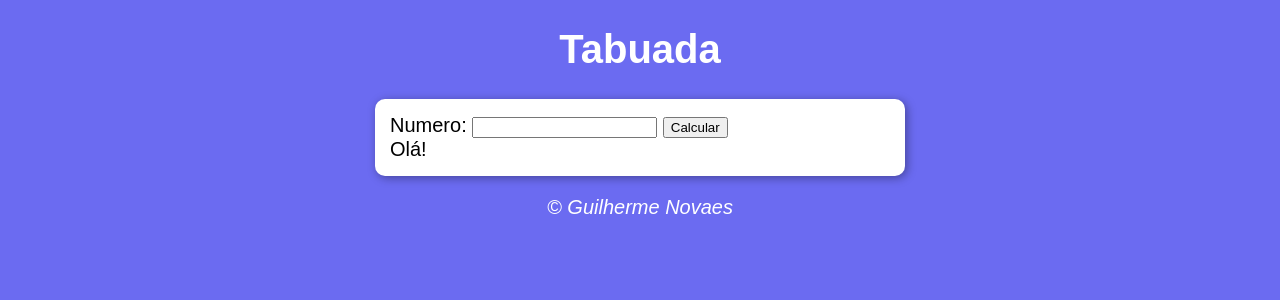
Repository: Guilherme-RNovaes/JavaScript-Curso
Page: Aula 14ex/ex017/index.html
The author's editor kept a copy of each file at every save. The page is drawn from the files as they stood at one save, then again after the next save.
The browser window is 1280 px wide. The pictures show the whole page.

Above is the page before, as saved 2022-09-10 09:07:48.

### Aula 14ex/ex017/index.html
<!DOCTYPE html>
<html lang="pt-br">
<head>
    <meta charset="UTF-8">
    <meta http-equiv="X-UA-Compatible" content="IE=edge">
    <meta name="viewport" content="width=device-width, initial-scale=1.0">
    <title>Modelo de Exercício</title>
    <link rel="stylesheet" href="src/Style/style.css">
</head>
<body>
    <header>
        <h1>Tabuada</h1>
    </header>
    <section>
        <div>
            Numero: <input type="number" name="tabuada" id="tabuada">
            <button>Calcular</button>
        </div>
        <div>
            Olá!
        </div>
    </section>
    <footer>
        <p>&copy; Guilherme Novaes</p>
    </footer>
    <script src="script.js"></script>
</body>
</html>

### Aula 14ex/ex017/src/Style/style.css
body{
    background-color: rgb(107, 107, 241);
    font: normal 15pt Arial;
}
header {
    color: white;
    text-align: center;
}

section{
    background-color: white;
    border-radius: 10px;
    padding: 15px;
    width: 500px;
    margin: auto;
    box-shadow: 2px 2px 10px rgba(0, 0, 0, 0.36);
}

footer{
    color: white;
    text-align: center;
    font-style: italic;
}

div img{
    width: 250px;
    height: 250px;
    border-radius: 100%;
}

Loaded but not shown: Aula 14ex/ex017/script.js (no stored copy; drawn as an empty file)

After the next save:
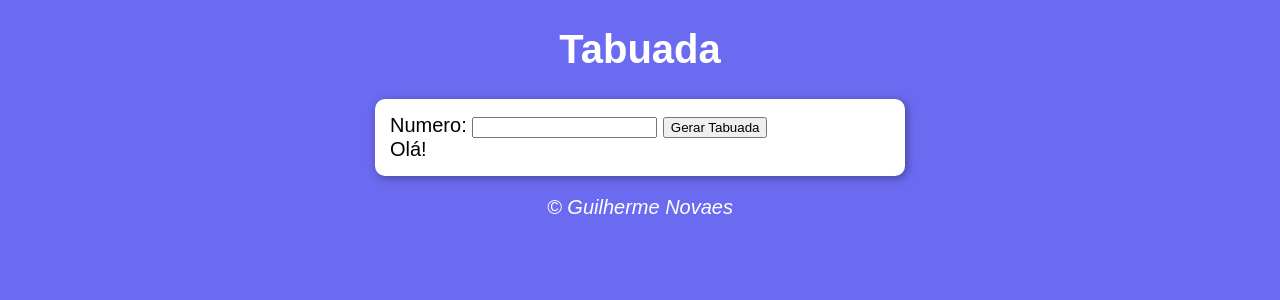
Saved 11 s later.
--- a/Aula 14ex/ex017/index.html
+++ b/Aula 14ex/ex017/index.html
@@ -14,7 +14,7 @@
     <section>
         <div>
             Numero: <input type="number" name="tabuada" id="tabuada">
-            <button>Calcular</button>
+            <button>Gerar Tabuada</button>
         </div>
         <div>
             Olá!
